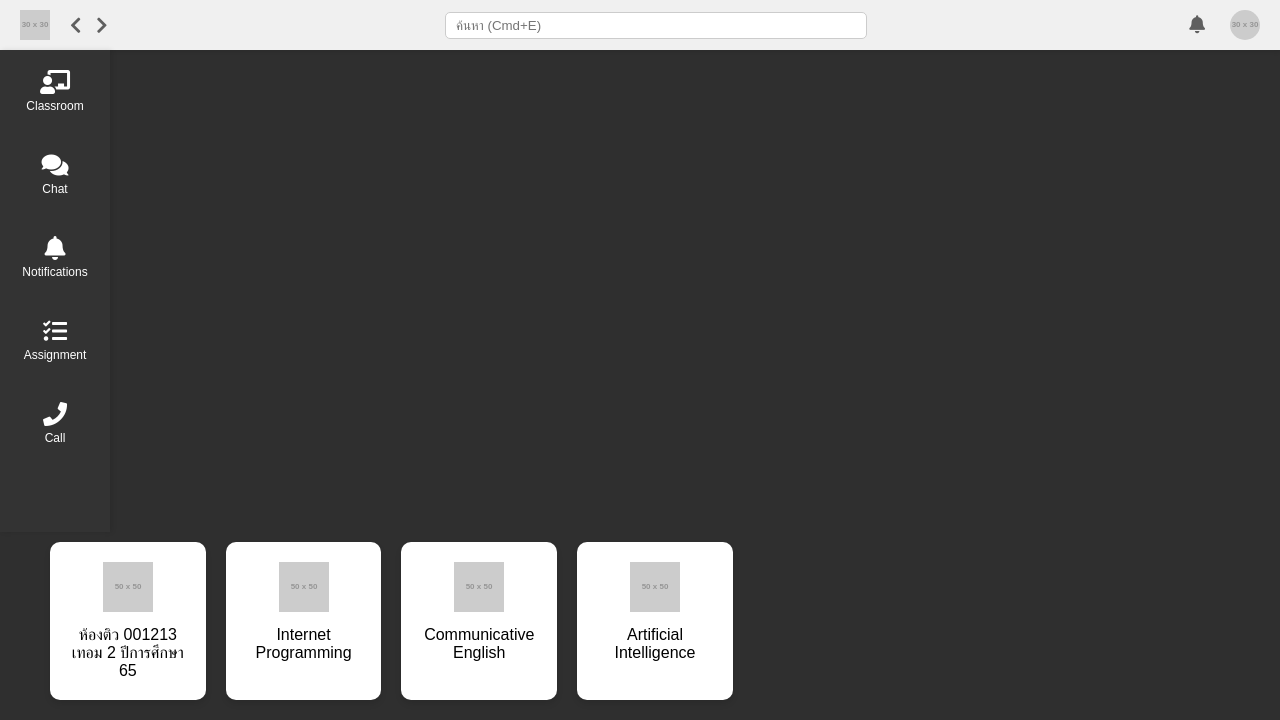
Repository: praifas16/ProPro
Page: docs/studenthead.html
The author's editor kept a copy of each file at every save. The page is drawn from the files as they stood at one save, then again after the next save.
The browser window is 1280 px wide. The pictures show the whole page.

Above is the page before, as saved 2024-08-21 20:44:56.

After the next save:
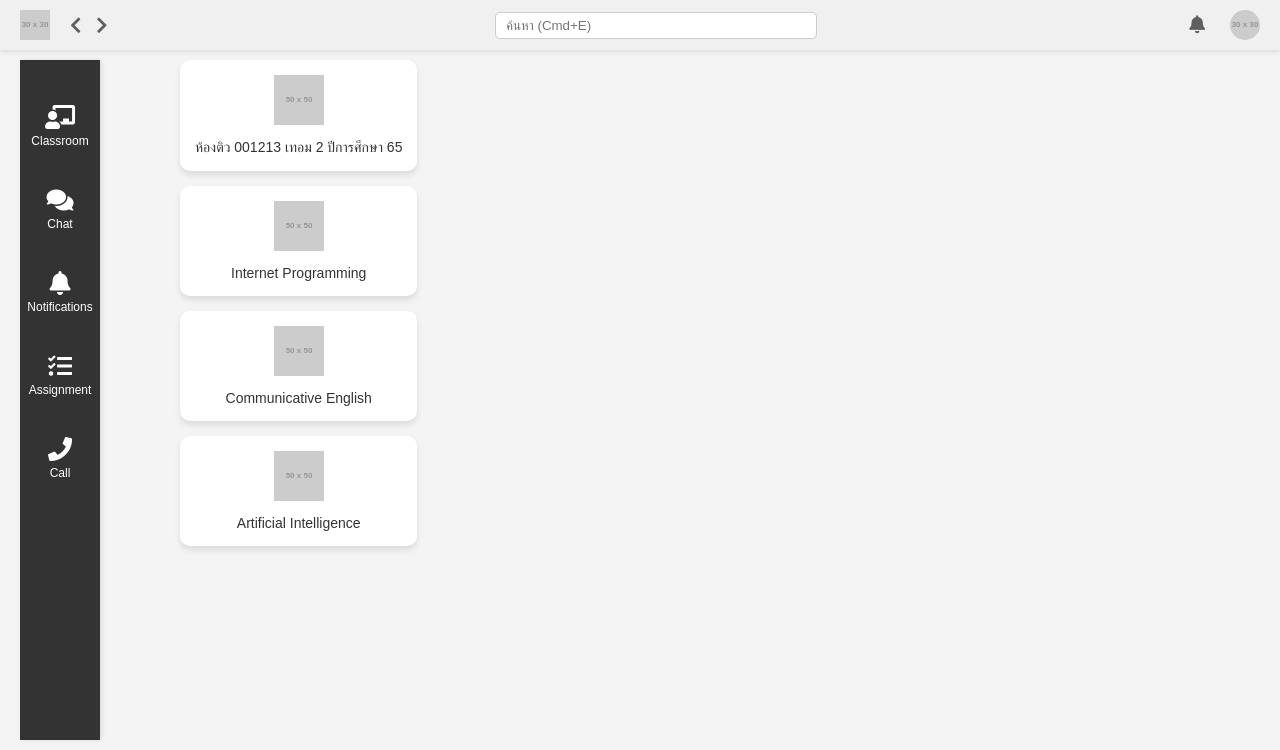
Saved 2 min 39 s later.
--- a/docs/studenthead.html
+++ b/docs/studenthead.html
@@ -10,7 +10,7 @@
         font-family: Arial, sans-serif;
         margin: 0;
         padding: 0;
-        background-color: #2f2f2f;
+        background-color: #f4f4f4;
         display: flex;
         flex-direction: column;
         height: 100vh;
@@ -61,7 +61,7 @@
       }
 
       .topbar .search-bar input {
-        width: 400px;
+        width: 300px;
         padding: 5px 10px;
         border-radius: 5px;
         border: 1px solid #ccc;
@@ -91,11 +91,11 @@
 
       /* เมนูแถบข้าง */
       .sidebar {
-        width: 70px;
+        width: 80px;
         background-color: #333;
         color: white;
         height: calc(100vh - 60px); /* Adjusted to take into account the topbar height */
-        padding: 20px 20px;
+        padding: 10px 0;
         box-shadow: 2px 0 5px rgba(0, 0, 0, 0.1);
         display: flex;
         flex-direction: column;
@@ -103,7 +103,7 @@
       }
 
       .menu-items {
-        margin-top: -10px; /* ขยับเมนูขึ้นไปด้านบน */
+        margin-top: 20px; /* ขยับเมนูขึ้นไปด้านบน */
       }
 
       .sidebar a {
@@ -111,9 +111,9 @@
         flex-direction: column;
         align-items: center;
         color: white;
-        padding: 10px;
+        padding: 15px;
         text-decoration: none;
-        margin-bottom: 20px;
+        margin-bottom: 10px;
         font-size: 12px;
         text-align: center;
       }
@@ -121,7 +121,7 @@
       .sidebar a:hover {
         background-color: #5f5f5f;
         border-radius: 4px;
-        width: 80%;
+        width: 100%;
         text-align: center;
       }
 
@@ -132,15 +132,23 @@
 
       /* โครงสร้างหน้าเว็บหลัก */
       .main-content {
+        display: flex;
+        flex-direction: column;
         flex-grow: 1;
-        padding: 10px 20px 20px 50px; /* ลด padding-top เพื่อขยับขึ้น */
+        padding: 10px 20px;
+      }
+
+      .container-wrapper {
+        display: flex;
+        flex-direction: row;
+        align-items: flex-start;
       }
 
       .container {
+        margin-left: 80px; /* เว้นที่ด้านซ้ายให้พอดีกับ Sidebar */
         display: grid;
-        grid-template-columns: repeat(auto-fill, minmax(150px, 1fr));
-        gap: 20px;
-        padding-top: 0px; /* ปรับ padding-top ของ container */
+        grid-template-columns: repeat(auto-fill, minmax(120px, 1fr));
+        gap: 15px; /* ลดช่องว่างระหว่างการ์ด */
       }
 
       .card {
@@ -148,7 +156,7 @@
         border-radius: 10px;
         box-shadow: 0 4px 6px rgba(0, 0, 0, 0.1);
         text-align: center;
-        padding: 20px;
+        padding: 15px;
         transition: transform 0.3s;
       }
 
@@ -164,7 +172,8 @@
 
       .card p {
         margin: 0;
-        font-size: 16px;
+        font-size: 14px;
+        color: #333;
       }
     </style>
   </head>
@@ -191,39 +200,42 @@
       </div>
     </div>
 
-    <!-- เมนูแถบข้าง -->
-    <div class="sidebar">
-      <div class="menu-items">
-        <a href="#"
-          ><i class="fa fa-chalkboard-teacher"></i><span>Classroom</span></a
-        >
-        <a href="#"><i class="fa fa-comments"></i><span>Chat</span></a>
-        <a href="#"><i class="fa fa-bell"></i><span>Notifications</span></a>
-        <a href="#"><i class="fa fa-tasks"></i><span>Assignment</span></a>
-        <a href="#"><i class="fa fa-phone"></i><span>Call</span></a>
-      </div>
-    </div>
-
     <!-- เนื้อหาหลัก -->
     <div class="main-content">
-      <div class="container">
-        <div class="card">
-          <img src="https://via.placeholder.com/50" alt="icon" />
-          <p>ห้องติว 001213 เทอม 2 ปีการศึกษา 65</p>
-        </div>
-        <div class="card">
-          <img src="https://via.placeholder.com/50" alt="icon" />
-          <p>Internet Programming</p>
-        </div>
-        <div class="card">
-          <img src="https://via.placeholder.com/50" alt="icon" />
-          <p>Communicative English</p>
-        </div>
-        <div class="card">
-          <img src="https://via.placeholder.com/50" alt="icon" />
-          <p>Artificial Intelligence</p>
-        </div>
-        <!-- เพิ่มเติม Card อื่น ๆ ตามต้องการ -->
+      <div class="container-wrapper">
+        <!-- เมนูแถบข้าง -->
+        <div class="sidebar">
+          <div class="menu-items">
+            <a href="#"
+              ><i class="fa fa-chalkboard-teacher"></i><span>Classroom</span></a
+            >
+            <a href="#"><i class="fa fa-comments"></i><span>Chat</span></a>
+            <a href="#"><i class="fa fa-bell"></i><span>Notifications</span></a>
+            <a href="#"><i class="fa fa-tasks"></i><span>Assignment</span></a>
+            <a href="#"><i class="fa fa-phone"></i><span>Call</span></a>
+          </div>
+        </div>
+
+        <!-- ส่วนของ .container -->
+        <div class="container">
+          <div class="card">
+            <img src="https://via.placeholder.com/50" alt="icon" />
+            <p>ห้องติว 001213 เทอม 2 ปีการศึกษา 65</p>
+          </div>
+          <div class="card">
+            <img src="https://via.placeholder.com/50" alt="icon" />
+            <p>Internet Programming</p>
+          </div>
+          <div class="card">
+            <img src="https://via.placeholder.com/50" alt="icon" />
+            <p>Communicative English</p>
+          </div>
+          <div class="card">
+            <img src="https://via.placeholder.com/50" alt="icon" />
+            <p>Artificial Intelligence</p>
+          </div>
+          <!-- เพิ่มเติม Card อื่น ๆ ตามต้องการ -->
+        </div>
       </div>
     </div>
   </body>
